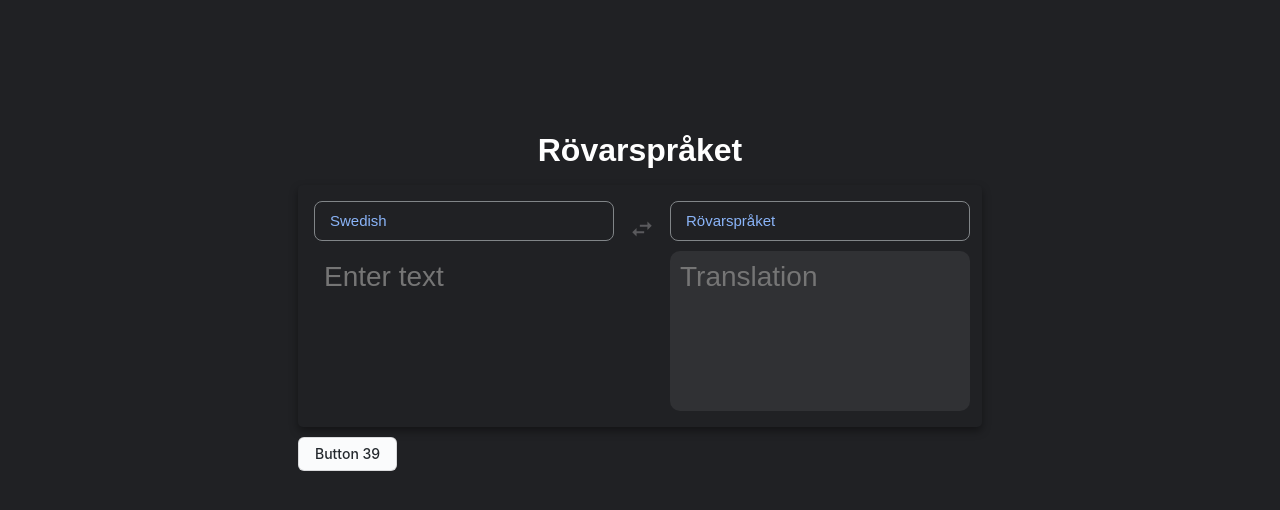
Repository: ShamroOoz/R-varspr-ket-Translator
Page: /
An editor plug-in stored every save of this project. The page is shown before and after the next save, followed by the edit.
The browser window is 1280 px wide. The pictures show the whole page.
The project was rebuilt for these pictures with package versions that can differ from the ones it lists, and the page was loaded fresh each time.

Above is the page before, as saved 2022-05-18 00:02:54.

### public/index.html
<!DOCTYPE html>
<html lang="en">
  <head>
    <meta charset="utf-8" />
    <link rel="icon" href="%PUBLIC_URL%/favicon.ico" />
    <meta name="viewport" content="width=device-width, initial-scale=1" />
    <meta name="theme-color" content="#000000" />
    <meta
      name="description"
      content="Web site created using create-react-app"
    />
    <link rel="apple-touch-icon" href="%PUBLIC_URL%/logo192.png" />
    <!--
      manifest.json provides metadata used when your web app is installed on a
      user's mobile device or desktop. See https://developers.google.com/web/fundamentals/web-app-manifest/
    -->
    <link rel="manifest" href="%PUBLIC_URL%/manifest.json" />
    <!--
      Notice the use of %PUBLIC_URL% in the tags above.
      It will be replaced with the URL of the `public` folder during the build.
      Only files inside the `public` folder can be referenced from the HTML.

      Unlike "/favicon.ico" or "favicon.ico", "%PUBLIC_URL%/favicon.ico" will
      work correctly both with client-side routing and a non-root public URL.
      Learn how to configure a non-root public URL by running `npm run build`.
    -->
    <title>Översättare - Rövarspråket</title>
  </head>
  <body>
    <noscript>You need to enable JavaScript to run this app.</noscript>
    <div id="root"></div>
    <!--
      This HTML file is a template.
      If you open it directly in the browser, you will see an empty page.

      You can add webfonts, meta tags, or analytics to this file.
      The build step will place the bundled scripts into the <body> tag.

      To begin the development, run `npm start` or `yarn start`.
      To create a production bundle, use `npm run build` or `yarn build`.
    -->
  </body>
</html>

### src/index.css
* {
  font-family: arial, sans-serif;
}

body {
  margin: 0;
  background-color: #202124;
  display: flex;
  justify-content: center;
  height: 80vh;
  align-items: center;
}

h2 {
  color: #fff;
  font-size: 2rem;
  font-weight: bold;
  margin-bottom: 1rem;
  text-align: center;
  margin-bottom: 1rem;
}

.app {
  display: flex;
  width: 652px;
  height: 210px;
  padding: 1rem;
  box-shadow: 0 4px 8px 0 rgba(0, 0, 0, 0.4);
  transition: 0.3s;
  border-radius: 5px; /* 5px rounded corners */
}

.output,
.input {
  display: flex;
  flex-direction: column;
  width: 300px;
}

textarea {
  background-color: transparent;
  color: #bdc1c6;
  border: none;
  resize: none;
  padding: 10px;
  width: 280px !important;
  height: 146px;
  border-radius: 10px;
  outline: none;
  overflow: auto;
  font-size: 28px;
  margin-top: 10px;
}

.output textarea {
  background-color: #303134;
}

.arrow-container {
  padding: 15px;
  cursor: pointer;
}
.arrow-container svg:hover {
  fill: #fff;
}

.arrow-container svg {
  width: 26px;
  height: 26px;
  fill: #5a5a5d;
}

input {
  border: 1px solid #818588;
  border-radius: 8px;
  box-sizing: border-box;
  color: #bdc1c6;
  font-size: 14px;
  height: 40px;
  background-color: transparent;
  width: 100%;
}

.select-drop-down input {
  color: #8ab4f8;
  padding: 5px 15px;
  font-size: 15px;
}

.input .delete {
  position: relative;
  left: 260px;
  top: -110px;
  font-size: 50px;
  color: #bdc1c6;
  cursor: pointer;
}
.input .delete:hover {
  color: #8ab4f8;
}

/* CSS */
.button {
  appearance: none;
  background-color: #fafbfc;
  border: 1px solid rgba(27, 31, 35, 0.15);
  border-radius: 6px;
  box-shadow: rgba(27, 31, 35, 0.04) 0 1px 0,
    rgba(255, 255, 255, 0.25) 0 1px 0 inset;
  box-sizing: border-box;
  color: #24292e;
  cursor: pointer;
  display: inline-block;
  font-family: -apple-system, system-ui, "Segoe UI", Helvetica, Arial,
    sans-serif, "Apple Color Emoji", "Segoe UI Emoji";
  font-size: 14px;
  font-weight: 500;
  line-height: 20px;
  list-style: none;
  padding: 6px 16px;
  position: relative;
  margin-top: 10px;
}

.button:hover {
  background-color: #f3f4f6;
  text-decoration: none;
  transition-duration: 0.1s;
}

### src/App.js
/* eslint-disable react/style-prop-object */
import { useState, useEffect, useMemo } from "react";
import TextBox from "./components/TextBox";
import Arrows from "./components/Arrows";

function App() {
  const [inputLanguage, setInputLanguage] = useState("Swedish");
  const [outputLanguage, setOutputLanguage] = useState("Rövarspråket");
  const [textToTranslate, setTextToTranslate] = useState("");
  const [translatedText, setTranslatedText] = useState("");

  useEffect(() => {
    if (textToTranslate) {
      setTranslatedText(
        outputLanguage === "Rövarspråket" ? encoded() : decoded()
      );
    }
    // eslint-disable-next-line react-hooks/exhaustive-deps
  }, [textToTranslate]);

  const encoded = useMemo(
    () => () => {
      let consonants = "BbCcDdFfGgHhJjKkLlMmNnPpQqRrSsTtVvWwXxYyZz";
      let new_word = [];
      for (let x of textToTranslate) {
        consonants.includes(x) ? new_word.push(x + "o" + x) : new_word.push(x);
      }
      return new_word.join("");
    },
    [textToTranslate]
  );

  const decoded = useMemo(
    () => () => {
      let consonants = "BbCcDdFfGgHhJjKkLlMmNnPpQqRrSsTtVvWwXxYyZz";
      let new_word = "";
      let index = 0;
      while (index < textToTranslate.length) {
        new_word += textToTranslate[index];
        consonants.includes(textToTranslate[index])
          ? (index += 3)
          : (index += 1);
      }
      return new_word;
    },
    [textToTranslate]
  );

  const handleClick = () => {
    setInputLanguage(outputLanguage);
    setOutputLanguage(inputLanguage);
    if (textToTranslate && translatedText) {
      setTextToTranslate(translatedText);
    }
  };

  return (
    <>
      <h2>Rövarspråket</h2>
      <div className="app">
        <TextBox
          style="input"
          selectedLanguage={inputLanguage}
          setTextToTranslate={setTextToTranslate}
          textToTranslate={textToTranslate}
          setTranslatedText={setTranslatedText}
        />
        <div className="arrow-container" onClick={handleClick}>
          <Arrows />
        </div>
        <TextBox
          style="output"
          selectedLanguage={outputLanguage}
          translatedText={translatedText}
        />
      </div>
      <button class="button" type="button">
        Button 39
      </button>
    </>
  );
}

export default App;

### src/components/TextBox.js
import SelectDropDown from "./SelectDropDown";

const TextBox = ({
  style,
  selectedLanguage,
  setTextToTranslate,
  textToTranslate,
  translatedText,
  setTranslatedText,
}) => {
  const handleClick = () => {
    setTextToTranslate("");
    setTranslatedText("");
  };
  return (
    <div className={style}>
      <SelectDropDown selectedLanguage={selectedLanguage} />
      <textarea
        disabled={style === "output"}
        className={style}
        placeholder={style === "input" ? "Enter text" : "Translation"}
        onChange={(e) => setTextToTranslate(e.target.value)}
        value={style === "input" ? textToTranslate : translatedText}
      />
      {style === "input" && textToTranslate && (
        <div className="delete" onClick={handleClick}>
          ˟
        </div>
      )}
    </div>
  );
};

export default TextBox;

### src/components/Arrows.js
const Arrows = () => {
  return (
    <svg
      focusable="false"
      xmlns="http://www.w3.org/2000/svg"
      viewBox="0 0 24 24"
    >
      <path d="M6.99 11L3 15l3.99 4v-3H14v-2H6.99v-3zM21 9l-3.99-4v3H10v2h7.01v3L21 9z"></path>
    </svg>
  );
};

export default Arrows;

### src/components/SelectDropDown.js
const SelectDropDown = ({ selectedLanguage }) => {
  return (
    <div className="select-drop-down">
      <input value={selectedLanguage} />
    </div>
  );
};

export default SelectDropDown;

Loaded but not shown: src/index.js (common file)

After the next save:
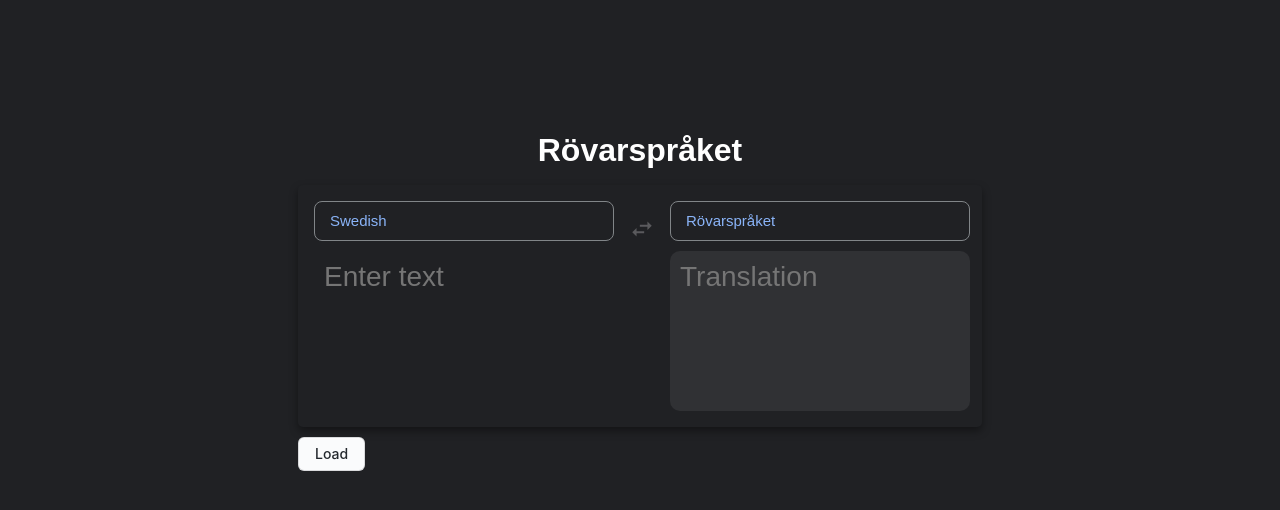
Saved 15 s later.
--- a/src/App.js
+++ b/src/App.js
@@ -75,7 +75,7 @@ function App() {
         />
       </div>
       <button class="button" type="button">
-        Button 39
+        Load
       </button>
     </>
   );
